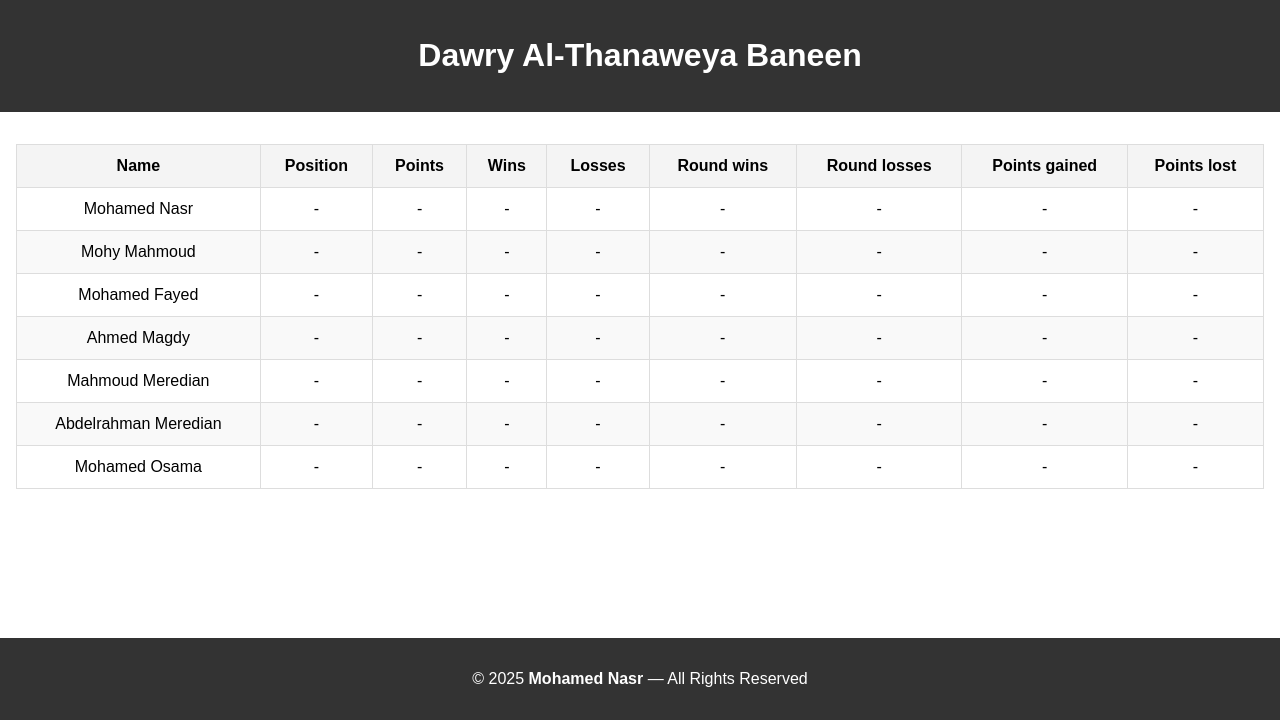
Repository: MohamedNasr95/Dawry-Al-Thanaweya-Baneen
Page: Index.html
These files come from the project's save history. The page is drawn as it stood at one moment and after a run of saves; the edit follows.
The browser window is 1280 px wide. The pictures show the whole page.

Above is the page before, as saved 2025-09-07 21:28:17.

### Index.html
<!DOCTYPE html>
<html lang="en">
<head>
  <meta charset="UTF-8" />
  <meta name="viewport" content="width=device-width, initial-scale=1.0" />
  <title>Dawry Al-Thanaweya Baneen</title>
  <link rel="stylesheet" href="style.css">
</head>
<body>
  <header>
    <h1>Dawry Al-Thanaweya Baneen</h1>
  </header>
  <main>
    <table>
      <thead>
        <tr>
          <th>Name</th>
          <th>Position</th>
          <th>Points</th>
          <th>Wins</th>
          <th>Losses</th>
          <th>Round wins</th>
          <th>Round losses</th>
          <th>Points gained</th>
          <th>Points lost</th>
        </tr>
      </thead>
      <tbody id="tbody">
        <tr>
          <td>Mohamed Nasr</td>
          <td>-</td>
          <td>-</td>
          <td>-</td>
          <td>-</td>
          <td>-</td>
          <td>-</td>
          <td>-</td>
          <td>-</td>
        </tr>
        <tr>
          <td>Mohy Mahmoud</td>
          <td>-</td>
          <td>-</td>
          <td>-</td>
          <td>-</td>
          <td>-</td>
          <td>-</td>
          <td>-</td>
          <td>-</td>
        </tr>
        <tr>
          <td>Mohamed Fayed</td>
          <td>-</td>
          <td>-</td>
          <td>-</td>
          <td>-</td>
          <td>-</td>
          <td>-</td>
          <td>-</td>
          <td>-</td>
        </tr>
        <tr>
          <td>Ahmed Magdy</td>
          <td>-</td>
          <td>-</td>
          <td>-</td>
          <td>-</td>
          <td>-</td>
          <td>-</td>
          <td>-</td>
          <td>-</td>
        </tr>
        <tr>
          <td>Mahmoud Meredian</td>
          <td>-</td>
          <td>-</td>
          <td>-</td>
          <td>-</td>
          <td>-</td>
          <td>-</td>
          <td>-</td>
          <td>-</td>
        </tr>
        <tr>
          <td>Abdelrahman Meredian</td>
          <td>-</td>
          <td>-</td>
          <td>-</td>
          <td>-</td>
          <td>-</td>
          <td>-</td>
          <td>-</td>
          <td>-</td>
        </tr>
        <tr>
          <td>Mohamed Osama</td>
          <td>-</td>
          <td>-</td>
          <td>-</td>
          <td>-</td>
          <td>-</td>
          <td>-</td>
          <td>-</td>
          <td>-</td>
        </tr>
        <!-- Add more rows here -->
      </tbody>
    </table>
  </main>
  <footer>
    <p>&copy; 2025 <strong>Mohamed Nasr</strong> — All Rights Reserved</p>
  </footer>
</body>
</html>

### style.css
body {
    font-family: Arial, sans-serif;
    margin: 0;
    padding: 0;
    display: flex;
    min-height: 100vh;
    flex-direction: column;
}
header, footer {
    background-color: #333;
    color: #fff;
    padding: 1rem;
    text-align: center;
}
main {
    flex: 1;
    padding: 1rem;
}
table {
    width: 100%;
    border-collapse: collapse;
    margin: 1rem 0;
}
th, td {
    border: 1px solid #ddd;
    padding: 0.75rem;
    text-align: center;
}
th {
    background-color: #f4f4f4;
}
tr:nth-child(even) {
    background-color: #f9f9f9;
}
tr:hover {
    background-color: #e0e0e0;
}

After the next 2 saves:
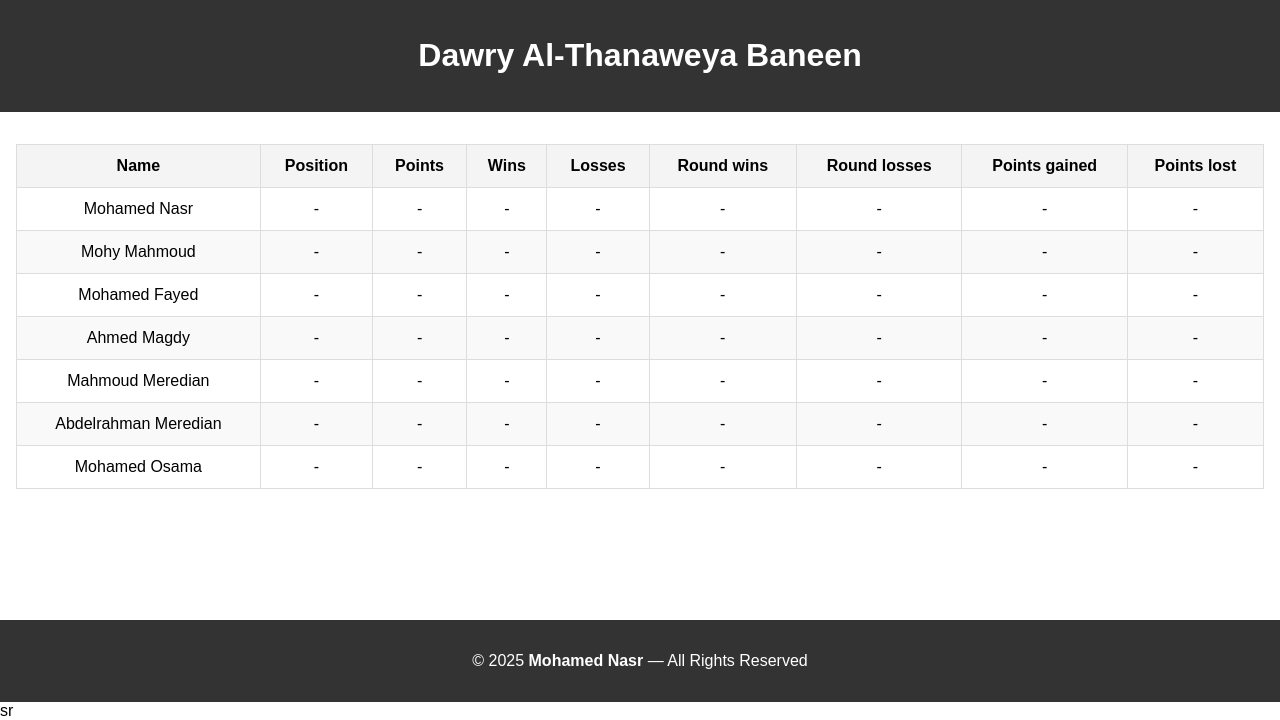
The 2 saves are shown as one change because they came seconds apart.
The last was saved 52 s later.
--- a/Index.html
+++ b/Index.html
@@ -110,5 +110,7 @@
   <footer>
     <p>&copy; 2025 <strong>Mohamed Nasr</strong> — All Rights Reserved</p>
   </footer>
+
+  sr
 </body>
 </html>

After the save that followed:
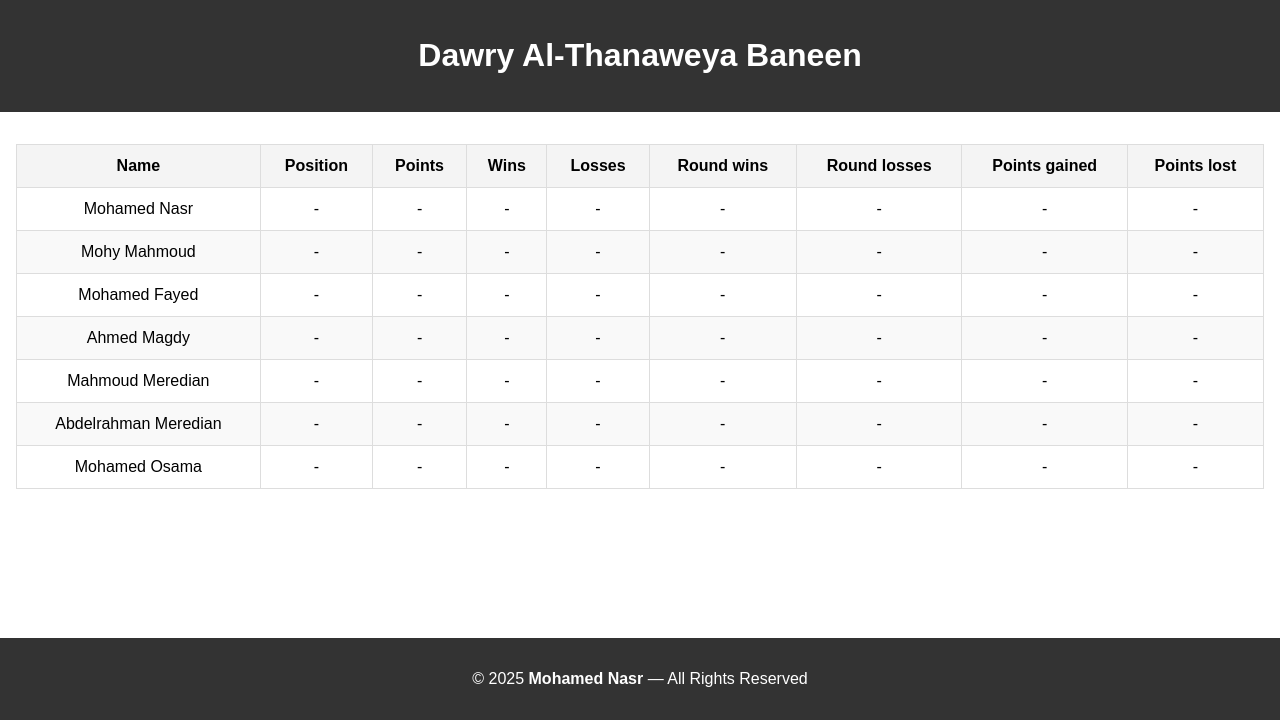
Saved 7 s later.
--- a/Index.html
+++ b/Index.html
@@ -111,6 +111,6 @@
     <p>&copy; 2025 <strong>Mohamed Nasr</strong> — All Rights Reserved</p>
   </footer>
 
-  sr
+  <script></script>
 </body>
 </html>
